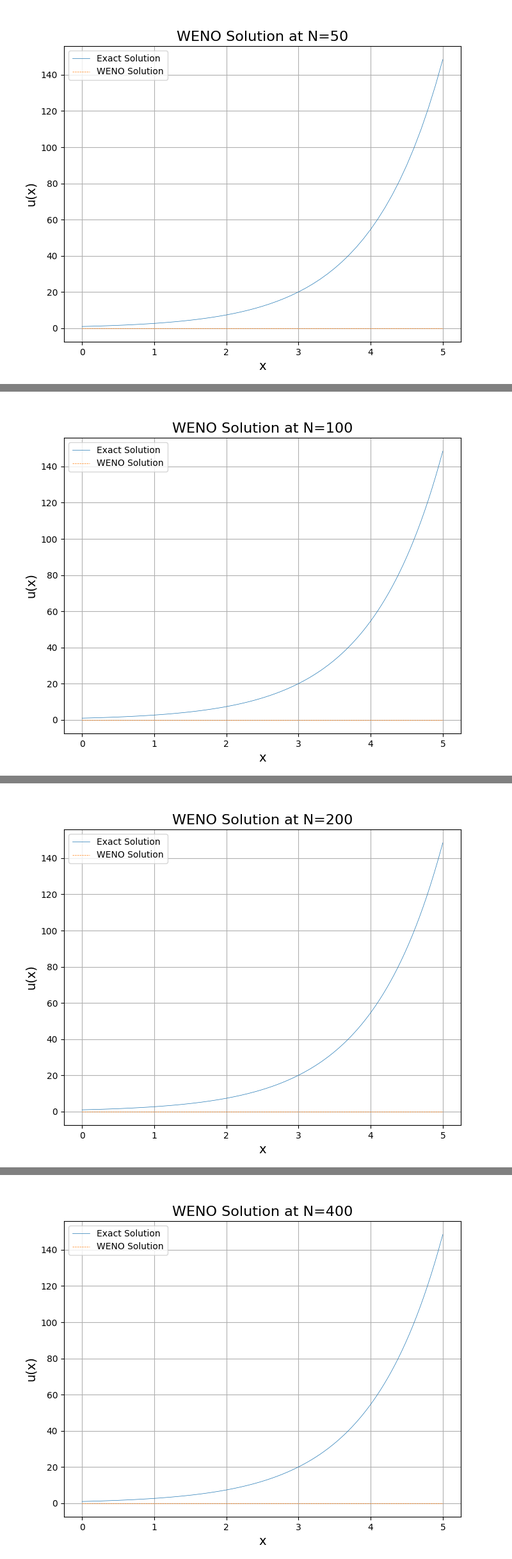
Repository: mishiroo/WENO
Script's output: python main.py
The author's editor kept a copy of each file at every save. The script's output is drawn from the files as they stood at one save, then again after the next save.
The pictures are shown at 64% of full size.
Each picture stacks the figures in order, with grey between them; figures that are only written to a file come last. Random numbers start from a fixed seed.

Above is the script's output before, as saved 2024-12-13 16:27:54.

After the next save:
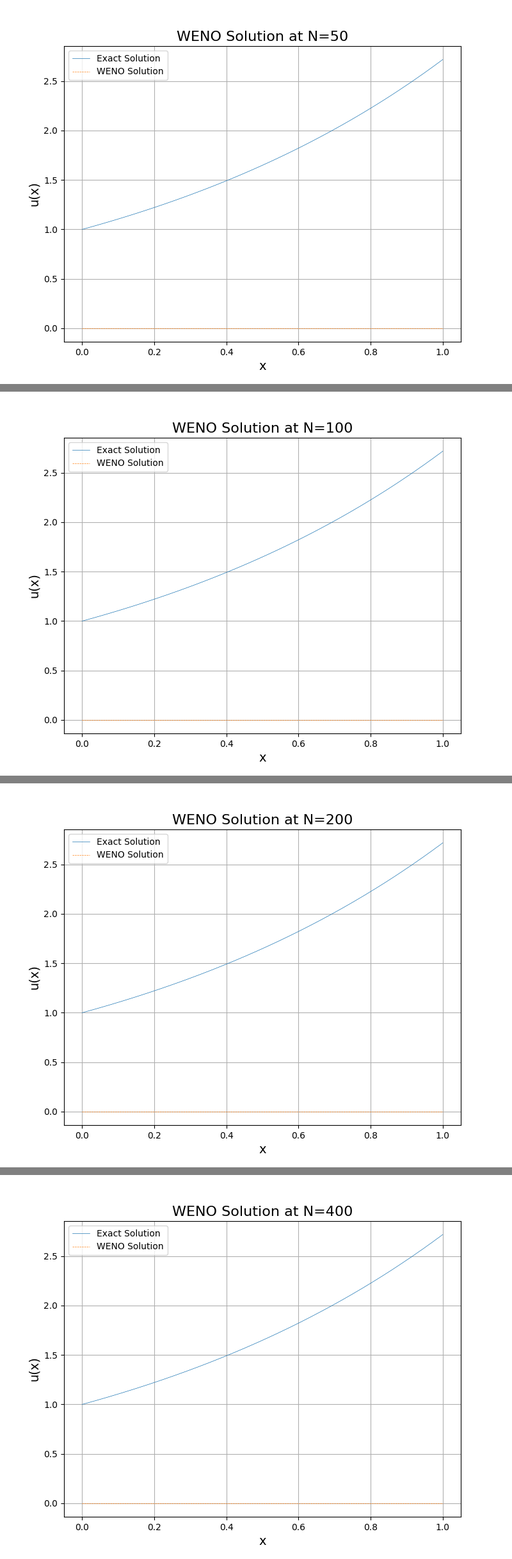
Saved 15 s later.
--- a/main.py
+++ b/main.py
@@ -12,7 +12,7 @@ linf_err_list = []
 solution_list = []
 
 for n in NList:
-    mesh = WENO.Mesh(0, 5, n)  # 实例化的Mesh mesh.mesh访问网格本身
+    mesh = WENO.Mesh(0, 1, n)  # 实例化的Mesh mesh.mesh访问网格本身
     mesh.SetTestAverageValues()
     theo_values = np.exp(mesh.mesh)
     weno = WENO.WENO1D(mesh=mesh.mesh, avg_values=mesh.avg_values, k=5)
